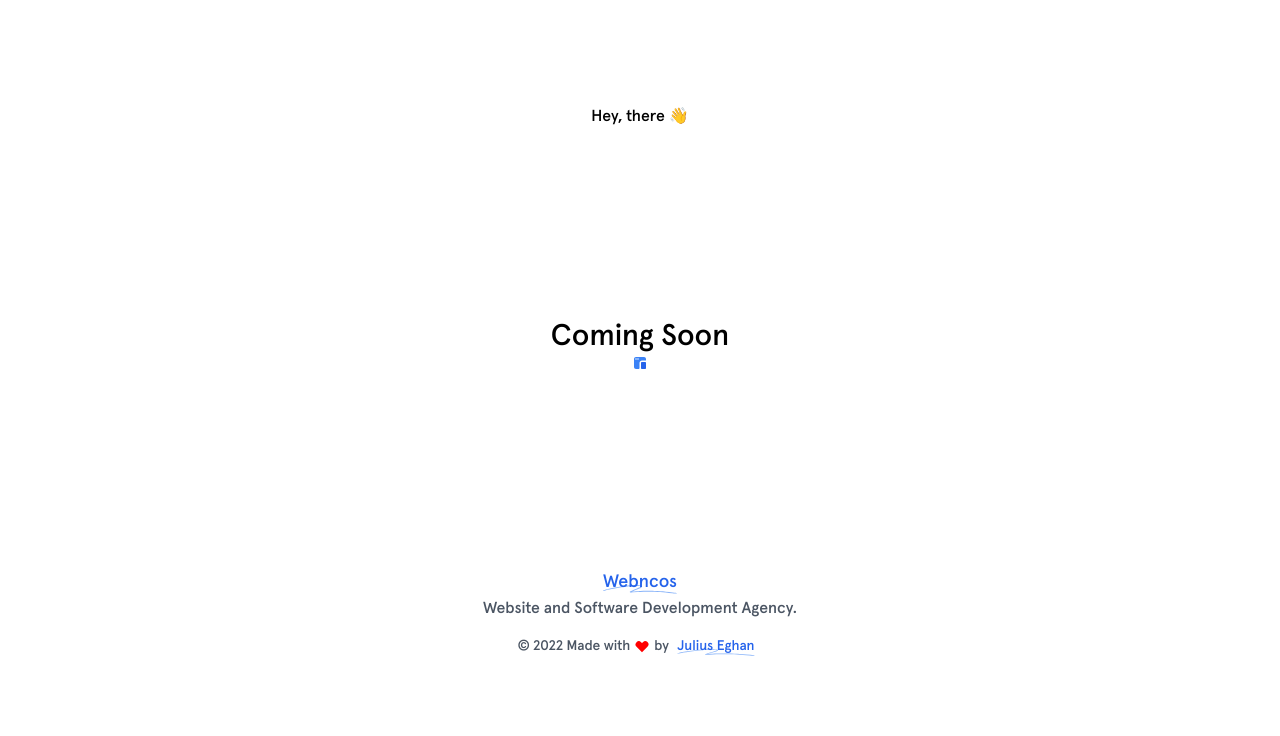
Repository: 1realjulius/webncos
Page: /
The author's editor kept a copy of each file at every save. The page is drawn from the files as they stood at one save, then again after the next save.
The browser window is 1280 px wide. The pictures show the whole page.
The project was rebuilt for these pictures with package versions that can differ from the ones it lists, and the page was loaded fresh each time. The framework's server and built-in components were replaced by stand-ins that run in the browser. Also part of the build but not shown: next.config.js.

Above is the page before, as saved 2022-08-13 17:16:36.

### pages/index.tsx
import type { NextPage } from 'next'
import Head from 'next/head'
import Image from 'next/image'
import ComingSoon from '../components/ComingSoon'

const Home: NextPage = () => {
  return (
    <div className="flex min-h-screen flex-col items-center justify-center py-2 font-ApercuMedium">
      <Head>
      <title>Webncos</title>
        <meta name="description" content="Website and Software Development Agency." />
        <meta property="og:type" content="website"/>
        <meta property="og:url" content="https://www.webncos.com/"/>
        <meta property="og:title" content="Webncos — Website and Software Development Agency."/>
        <meta property="og:description" content="Website and Software Development Agency."/>
        {/* <meta property="og:image" content="/Assets/newmemoji.svg"/> */}
        {/* <meta property="twitter:card" content="/Assets/Julius_Eghan.jpg"/> */}
        <meta property="twitter:url" content="https://www.webncos.com/"/>
        <meta property="twitter:title" content="Webncos — Website and Software Development Agency."/>
        <meta property="twitter:description" content="Website and Software Development Agency."/>
        {/* <meta property="twitter:image" content="/Assets/Julius_Eghan.jpg"/> */}
        <link rel="icon" href="/favicon.ico" />
        {/* <meta name="google-site-verification" content="0HesePHVymRqGiL70HUKPIq0Zsap0uUIb_Ci0DpImRY" /> */}
        <meta name="theme-color" content="#f7f2f2"   media="(prefers-color-scheme: light)"/>
        <meta name="theme-color" content="#090c10"   media="(prefers-color-scheme: dark)"/>
      </Head>
      <ComingSoon/>

    </div>
  )
}

export default Home

### styles/globals.css
@tailwind base;
@tailwind components;
@tailwind utilities;

@layer base{
      @font-face{
        font-family: 'ApercuBold';
        src: url("/Fonts/ApercuPro-Bold.woff") format("woff"),url("/Fonts/ApercuPro-Bold.woff2") format("woff2");
      }
      @font-face{
        font-family: 'ApercuMedium';
        src: url("/Fonts/ApercuPro-Medium.woff") format("woff"),url("/Fonts/ApercuPro-Medium.woff2") format("woff2");
      }
    }

### components/ComingSoon.tsx
import Link from "next/link";
import React from "react";

const ComingSoon = () => {
  return (
    <div className="min-h-screen flex flex-col items-center justify-between md:p-8 p-6">
      <div className="flex flex-col items-center justify-center pt-16">
        <h1 className="">Hey, there 👋</h1>
      </div>
      <div className="flex flex-col items-center justify-center">
        <h1 className="text-3xl leading-none">Coming Soon</h1>
        <span>
          <svg className="h-6 w-6" viewBox="0 0 24 24" fill="none">
            <path fill-rule="evenodd" clip-rule="evenodd" d="M8 6C6.89543 6 6 6.89543 6 8V16C6 17.1046 6.89543 18 8 18H10.5C11.0523 18 11.5 17.5523 11.5 17V12C11.5 10.6193 12.6193 9.5 14 9.5H18V8C18 6.89543 17.1046 6 16 6H8ZM7.25 8C7.25 7.58579 7.58579 7.25 8 7.25H8.01C8.42421 7.25 8.76 7.58579 8.76 8C8.76 8.41421 8.42421 8.75 8.01 8.75H8C7.58579 8.75 7.25 8.41421 7.25 8ZM10 7.25C9.58579 7.25 9.25 7.58579 9.25 8C9.25 8.41421 9.58579 8.75 10 8.75H10.01C10.4242 8.75 10.76 8.41421 10.76 8C10.76 7.58579 10.4242 7.25 10.01 7.25H10Z" fill="#E879F9" className="fill-blue-500  dark:fill-slate-300"></path>
            <path d="M13 12C13 11.4477 13.4477 11 14 11H17C17.5523 11 18 11.4477 18 12V17C18 17.5523 17.5523 18 17 18H14C13.4477 18 13 17.5523 13 17V12Z" fill="#F0ABFC" className="fill-blue-600 dark:fill-slate-400"></path>
          </svg>
        </span>
      </div>
      <div className="flex flex-col items-center justify-center mb-6">
        <div>
          <h1 className="text-lg">
            <span className="relative whitespace-nowrap text-blue-600 cursor-pointer mx-2">
              <svg
                aria-hidden="true"
                viewBox="0 0 418 42"
                className="absolute top-2/3 left-0 h-[0.48em] w-full fill-blue-500/60"
                preserveAspectRatio="none"
              >
                <path d="M203.371.916c-26.013-2.078-76.686 1.963-124.73 9.946L67.3 12.749C35.421 18.062 18.2 21.766 6.004 25.934 1.244 27.561.828 27.778.874 28.61c.07 1.214.828 1.121 9.595-1.176 9.072-2.377 17.15-3.92 39.246-7.496C123.565 7.986 157.869 4.492 195.942 5.046c7.461.108 19.25 1.696 19.17 2.582-.107 1.183-7.874 4.31-25.75 10.366-21.992 7.45-35.43 12.534-36.701 13.884-2.173 2.308-.202 4.407 4.442 4.734 2.654.187 3.263.157 15.593-.78 35.401-2.686 57.944-3.488 88.365-3.143 46.327.526 75.721 2.23 130.788 7.584 19.787 1.924 20.814 1.98 24.557 1.332l.066-.011c1.201-.203 1.53-1.825.399-2.335-2.911-1.31-4.893-1.604-22.048-3.261-57.509-5.556-87.871-7.36-132.059-7.842-23.239-.254-33.617-.116-50.627.674-11.629.54-42.371 2.494-46.696 2.967-2.359.259 8.133-3.625 26.504-9.81 23.239-7.825 27.934-10.149 28.304-14.005.417-4.348-3.529-6-16.878-7.066Z"></path>
              </svg>
              <span className="relative">Webncos</span>
            </span>
          </h1>
        </div>
        <div>
          <p className="text-gray-600">
            Website and Software Development Agency.
          </p>
        </div>
        <div>
          <p className="flex flex-row text-sm my-4 text-gray-600">
            <span className="flex flex-row items-center">
            <span>© 2022 Made with{" "}</span>
              <span>
                <svg
                  xmlns="http://www.w3.org/2000/svg"
                  className="h-4 w-4 mx-1"
                  viewBox="0 0 20 20"
                  fill="red"
                >
                  <path
                    fill-rule="evenodd"
                    d="M3.172 5.172a4 4 0 015.656 0L10 6.343l1.172-1.171a4 4 0 115.656 5.656L10 17.657l-6.828-6.829a4 4 0 010-5.656z"
                    clip-rule="evenodd"
                  />
                </svg>
              </span>{" "}
              by
            </span>
            <Link href="https://www.iamjulius.com/">
              <span className="relative whitespace-nowrap text-blue-600 cursor-pointer mx-2">
                <svg
                  aria-hidden="true"
                  viewBox="0 0 418 42"
                  className="absolute top-2/3 left-0 h-[0.48em] w-full fill-blue-500/60"
                  preserveAspectRatio="none"
                >
                  <path d="M203.371.916c-26.013-2.078-76.686 1.963-124.73 9.946L67.3 12.749C35.421 18.062 18.2 21.766 6.004 25.934 1.244 27.561.828 27.778.874 28.61c.07 1.214.828 1.121 9.595-1.176 9.072-2.377 17.15-3.92 39.246-7.496C123.565 7.986 157.869 4.492 195.942 5.046c7.461.108 19.25 1.696 19.17 2.582-.107 1.183-7.874 4.31-25.75 10.366-21.992 7.45-35.43 12.534-36.701 13.884-2.173 2.308-.202 4.407 4.442 4.734 2.654.187 3.263.157 15.593-.78 35.401-2.686 57.944-3.488 88.365-3.143 46.327.526 75.721 2.23 130.788 7.584 19.787 1.924 20.814 1.98 24.557 1.332l.066-.011c1.201-.203 1.53-1.825.399-2.335-2.911-1.31-4.893-1.604-22.048-3.261-57.509-5.556-87.871-7.36-132.059-7.842-23.239-.254-33.617-.116-50.627.674-11.629.54-42.371 2.494-46.696 2.967-2.359.259 8.133-3.625 26.504-9.81 23.239-7.825 27.934-10.149 28.304-14.005.417-4.348-3.529-6-16.878-7.066Z"></path>
                </svg>
                <span className="relative">Julius Eghan</span>
              </span>
            </Link>
          </p>
        </div>
      </div>
    </div>
  );
};

export default ComingSoon;

### tailwind.config.js
/** @type {import('tailwindcss').Config} */
module.exports = {
  content: [
    './pages/**/*.{js,ts,jsx,tsx}',
    './components/**/*.{js,ts,jsx,tsx}',
  ],
  theme: {
    extend: {
      fontFamily: {
        ApercuBold: 'ApercuBold, sans',
        ApercuMedium: 'ApercuMedium, sans',
      },
    },
  },
  plugins: [],
}

Loaded but not shown: pages/_app.tsx (common file); pages/api/hello.ts (common file)

After the next save:
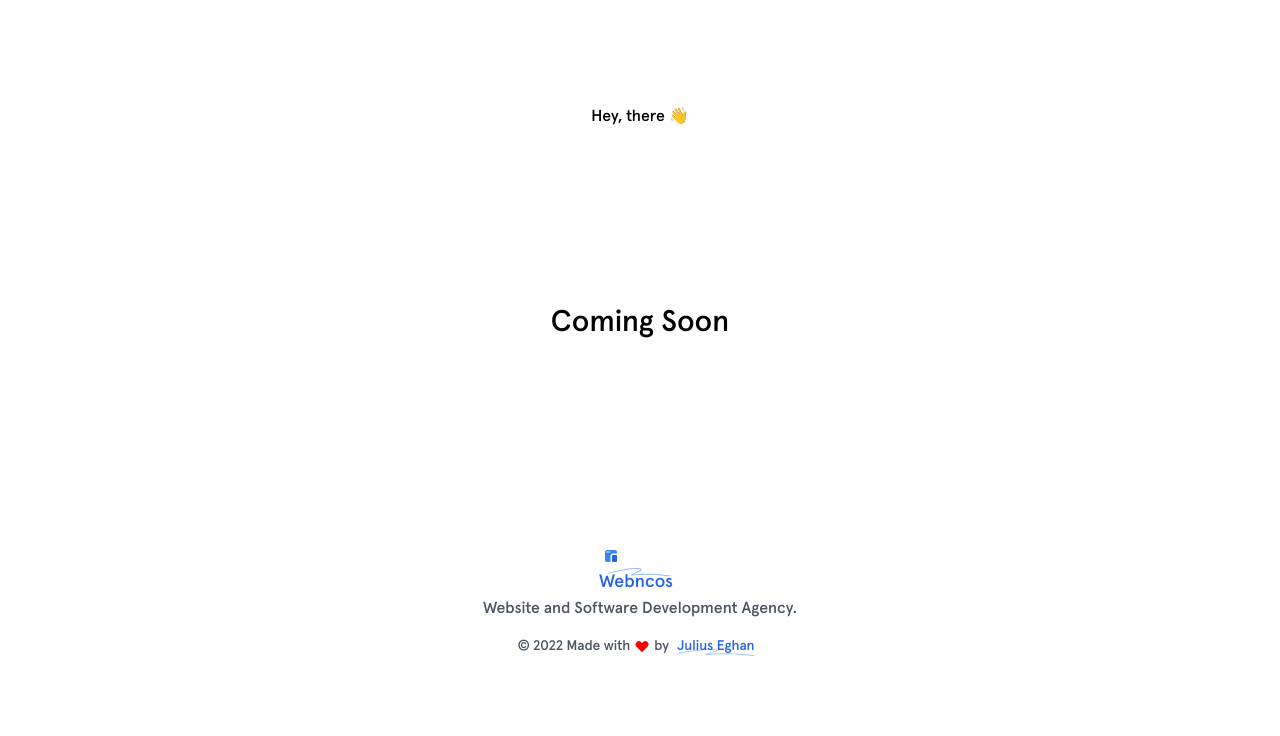
Saved 40 s later.
--- a/components/ComingSoon.tsx
+++ b/components/ComingSoon.tsx
@@ -9,12 +9,6 @@ const ComingSoon = () => {
       </div>
       <div className="flex flex-col items-center justify-center">
         <h1 className="text-3xl leading-none">Coming Soon</h1>
-        <span>
-          <svg className="h-6 w-6" viewBox="0 0 24 24" fill="none">
-            <path fill-rule="evenodd" clip-rule="evenodd" d="M8 6C6.89543 6 6 6.89543 6 8V16C6 17.1046 6.89543 18 8 18H10.5C11.0523 18 11.5 17.5523 11.5 17V12C11.5 10.6193 12.6193 9.5 14 9.5H18V8C18 6.89543 17.1046 6 16 6H8ZM7.25 8C7.25 7.58579 7.58579 7.25 8 7.25H8.01C8.42421 7.25 8.76 7.58579 8.76 8C8.76 8.41421 8.42421 8.75 8.01 8.75H8C7.58579 8.75 7.25 8.41421 7.25 8ZM10 7.25C9.58579 7.25 9.25 7.58579 9.25 8C9.25 8.41421 9.58579 8.75 10 8.75H10.01C10.4242 8.75 10.76 8.41421 10.76 8C10.76 7.58579 10.4242 7.25 10.01 7.25H10Z" fill="#E879F9" className="fill-blue-500  dark:fill-slate-300"></path>
-            <path d="M13 12C13 11.4477 13.4477 11 14 11H17C17.5523 11 18 11.4477 18 12V17C18 17.5523 17.5523 18 17 18H14C13.4477 18 13 17.5523 13 17V12Z" fill="#F0ABFC" className="fill-blue-600 dark:fill-slate-400"></path>
-          </svg>
-        </span>
       </div>
       <div className="flex flex-col items-center justify-center mb-6">
         <div>
@@ -28,6 +22,22 @@ const ComingSoon = () => {
               >
                 <path d="M203.371.916c-26.013-2.078-76.686 1.963-124.73 9.946L67.3 12.749C35.421 18.062 18.2 21.766 6.004 25.934 1.244 27.561.828 27.778.874 28.61c.07 1.214.828 1.121 9.595-1.176 9.072-2.377 17.15-3.92 39.246-7.496C123.565 7.986 157.869 4.492 195.942 5.046c7.461.108 19.25 1.696 19.17 2.582-.107 1.183-7.874 4.31-25.75 10.366-21.992 7.45-35.43 12.534-36.701 13.884-2.173 2.308-.202 4.407 4.442 4.734 2.654.187 3.263.157 15.593-.78 35.401-2.686 57.944-3.488 88.365-3.143 46.327.526 75.721 2.23 130.788 7.584 19.787 1.924 20.814 1.98 24.557 1.332l.066-.011c1.201-.203 1.53-1.825.399-2.335-2.911-1.31-4.893-1.604-22.048-3.261-57.509-5.556-87.871-7.36-132.059-7.842-23.239-.254-33.617-.116-50.627.674-11.629.54-42.371 2.494-46.696 2.967-2.359.259 8.133-3.625 26.504-9.81 23.239-7.825 27.934-10.149 28.304-14.005.417-4.348-3.529-6-16.878-7.066Z"></path>
               </svg>
+              <span>
+                <svg className="h-6 w-6" viewBox="0 0 24 24" fill="none">
+                  <path
+                    fill-rule="evenodd"
+                    clip-rule="evenodd"
+                    d="M8 6C6.89543 6 6 6.89543 6 8V16C6 17.1046 6.89543 18 8 18H10.5C11.0523 18 11.5 17.5523 11.5 17V12C11.5 10.6193 12.6193 9.5 14 9.5H18V8C18 6.89543 17.1046 6 16 6H8ZM7.25 8C7.25 7.58579 7.58579 7.25 8 7.25H8.01C8.42421 7.25 8.76 7.58579 8.76 8C8.76 8.41421 8.42421 8.75 8.01 8.75H8C7.58579 8.75 7.25 8.41421 7.25 8ZM10 7.25C9.58579 7.25 9.25 7.58579 9.25 8C9.25 8.41421 9.58579 8.75 10 8.75H10.01C10.4242 8.75 10.76 8.41421 10.76 8C10.76 7.58579 10.4242 7.25 10.01 7.25H10Z"
+                    fill="#E879F9"
+                    className="fill-blue-500  dark:fill-slate-300"
+                  ></path>
+                  <path
+                    d="M13 12C13 11.4477 13.4477 11 14 11H17C17.5523 11 18 11.4477 18 12V17C18 17.5523 17.5523 18 17 18H14C13.4477 18 13 17.5523 13 17V12Z"
+                    fill="#F0ABFC"
+                    className="fill-blue-600 dark:fill-slate-400"
+                  ></path>
+                </svg>
+              </span>
               <span className="relative">Webncos</span>
             </span>
           </h1>
@@ -40,7 +50,7 @@ const ComingSoon = () => {
         <div>
           <p className="flex flex-row text-sm my-4 text-gray-600">
             <span className="flex flex-row items-center">
-            <span>© 2022 Made with{" "}</span>
+              <span>© 2022 Made with </span>
               <span>
                 <svg
                   xmlns="http://www.w3.org/2000/svg"
